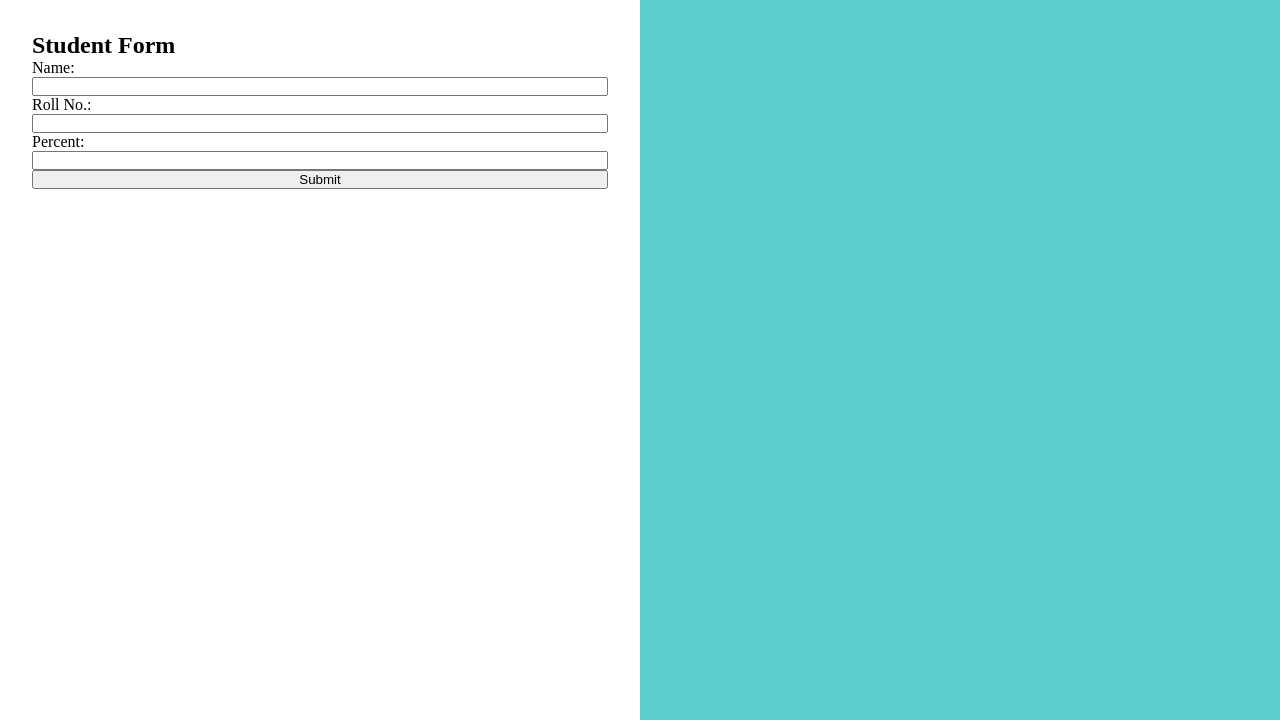
Repository: deeptimahisare1206/Todo_List
Page: http://localhost/Hib_Nest/
These files come from the project's save history. The page is drawn as it stood at one moment and after the next save; the edit follows.
The browser window is 1280 px wide. The pictures show the whole page.
The page is served by Tomcat 10.

Above is the page before, as saved 2024-11-09 11:03:36.

After the next save:
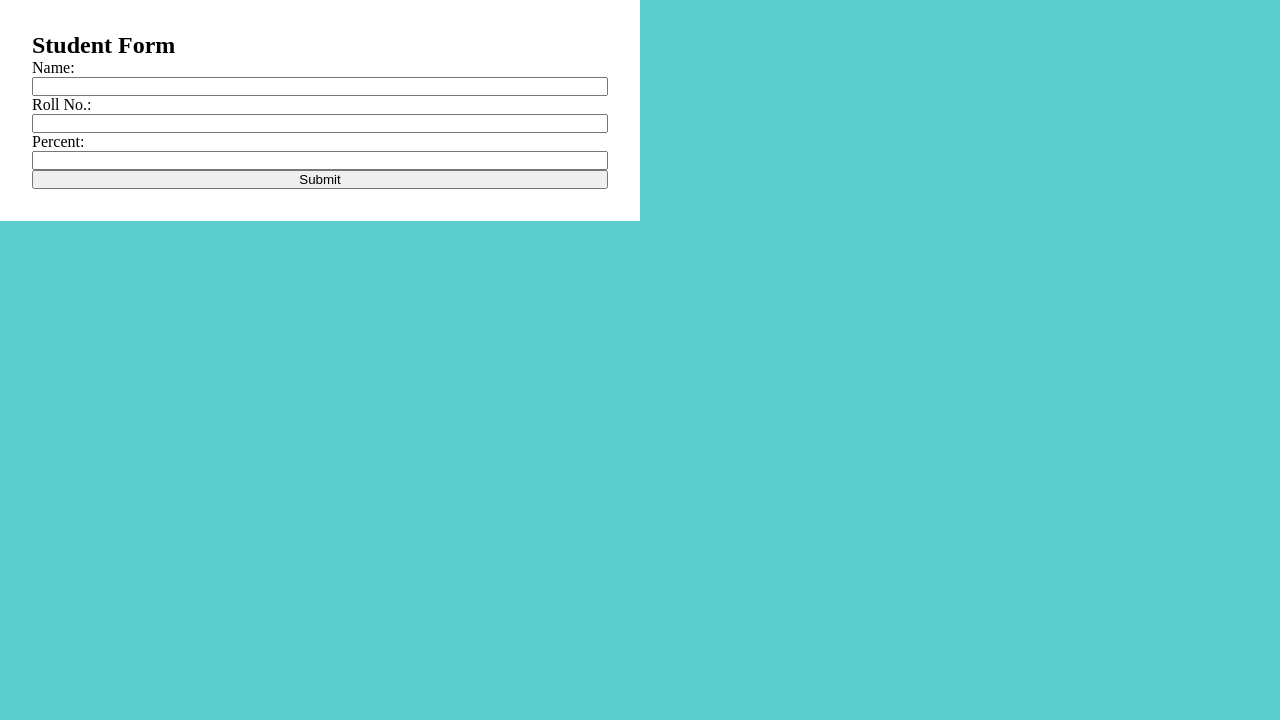
Saved 23 s later.
--- a/Hib_Nest/src/main/webapp/index.jsp
+++ b/Hib_Nest/src/main/webapp/index.jsp
@@ -18,7 +18,7 @@ body {
 div{
 padding:2rem;
 	background-color: white;
-	height: 100vh;
+	height: fit-content;
 	width:50vw;
 }
 form{
